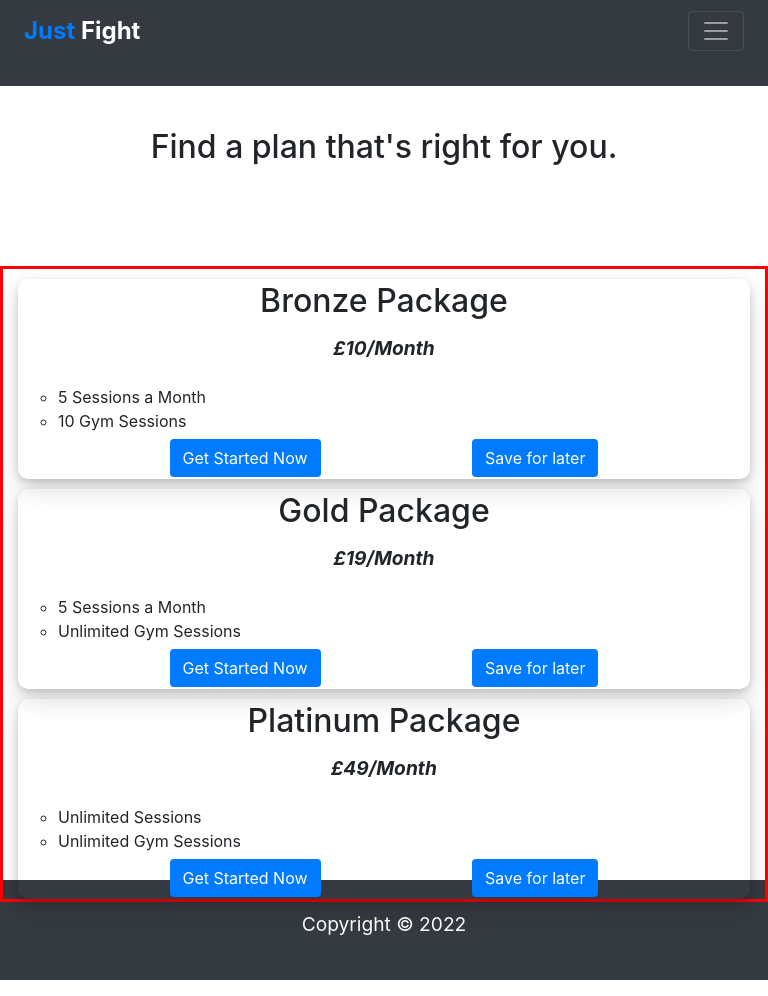
Repository: IonPara/Just-Fight
Page: plans.html
An editor plug-in stored every save of this project. The page is shown before and after a run of saves, followed by the edit.
The browser window is 768 px wide. The pictures show the whole page.
Some web libraries are served in a nearby version.

Above is the page before, as saved 2023-03-13 16:43:33.

After the next 2 saves:
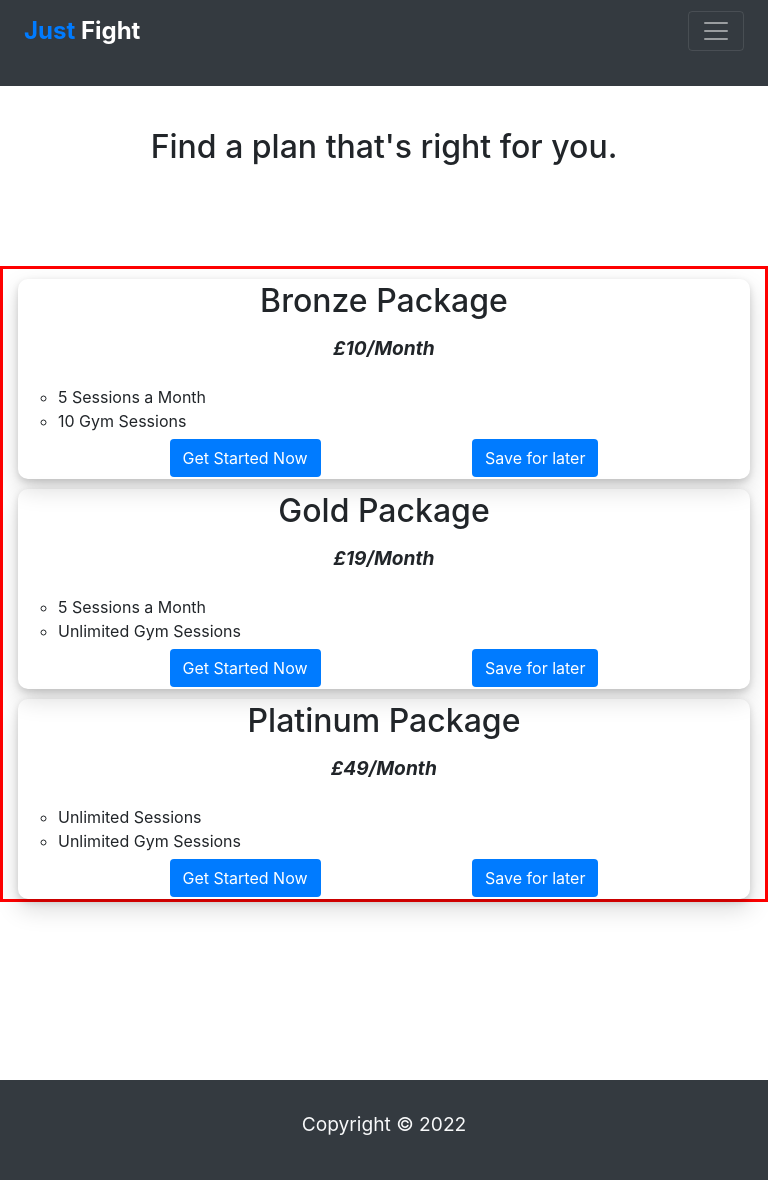
The 2 saves are shown as one change because they came seconds apart.
The last was saved 22 s later.
--- a/Styles/plans.css
+++ b/Styles/plans.css
@@ -86,4 +86,8 @@ footer p {
     height: 90vh;
   }
 
+  .plans-footer {
+    margin-top: 200px;
+  }
+
 }
